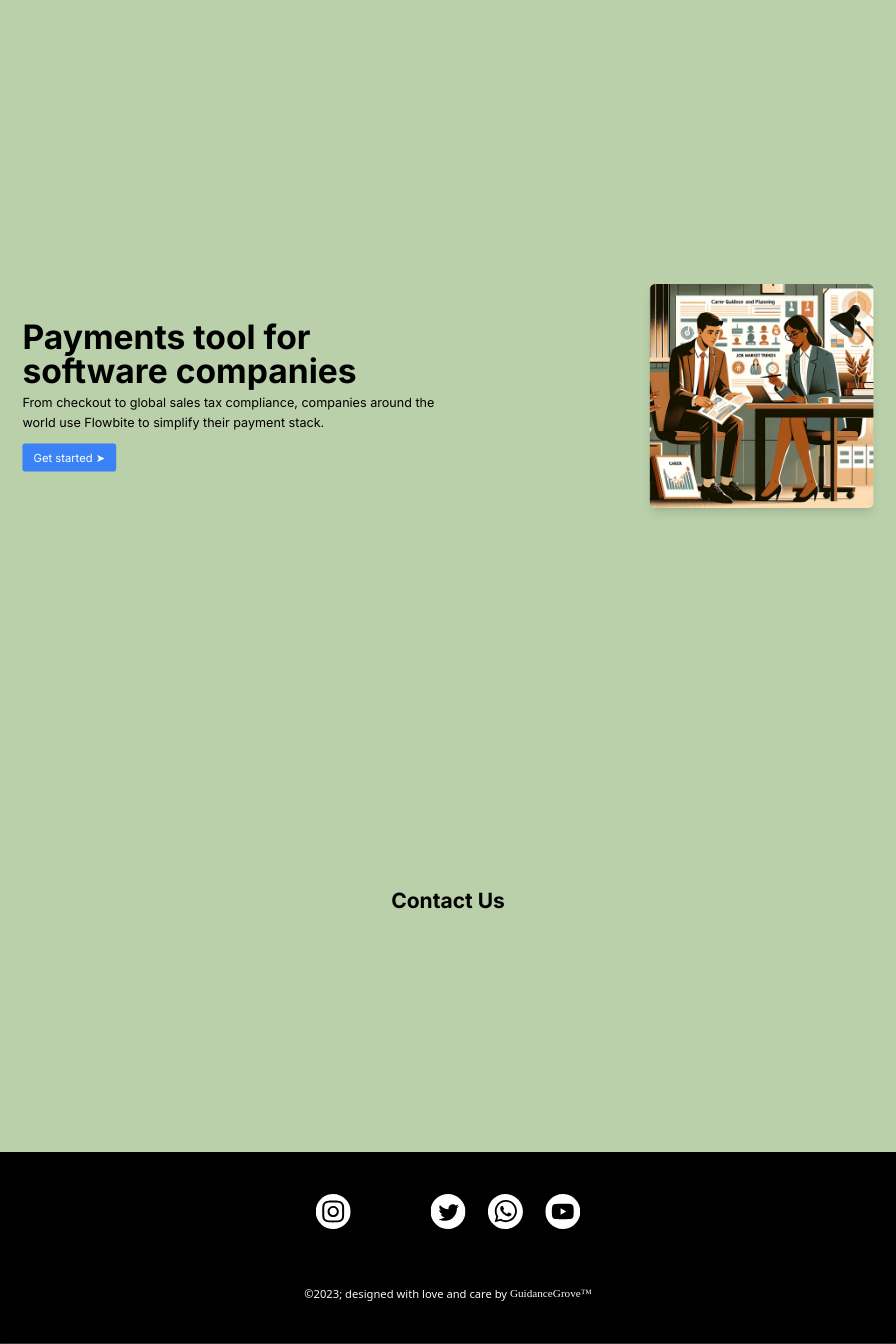
Repository: PositiveGuy/GuidanceGrove
Page: /
An editor plug-in stored every save of this project. The page is shown before and after the next save, followed by the edit.
The browser window is 1280 px wide. The pictures show the part of the page from y = 1954 to 3874 px (the page is 3874 px tall), at 70% of full size.
The project was rebuilt for these pictures with package versions that can differ from the ones it lists, and the page was loaded fresh each time. The framework's server and built-in components were replaced by stand-ins that run in the browser. Also part of the build but not shown: next.config.js.

Above is the page before, as saved 2023-12-28 11:40:45.

After the next save:
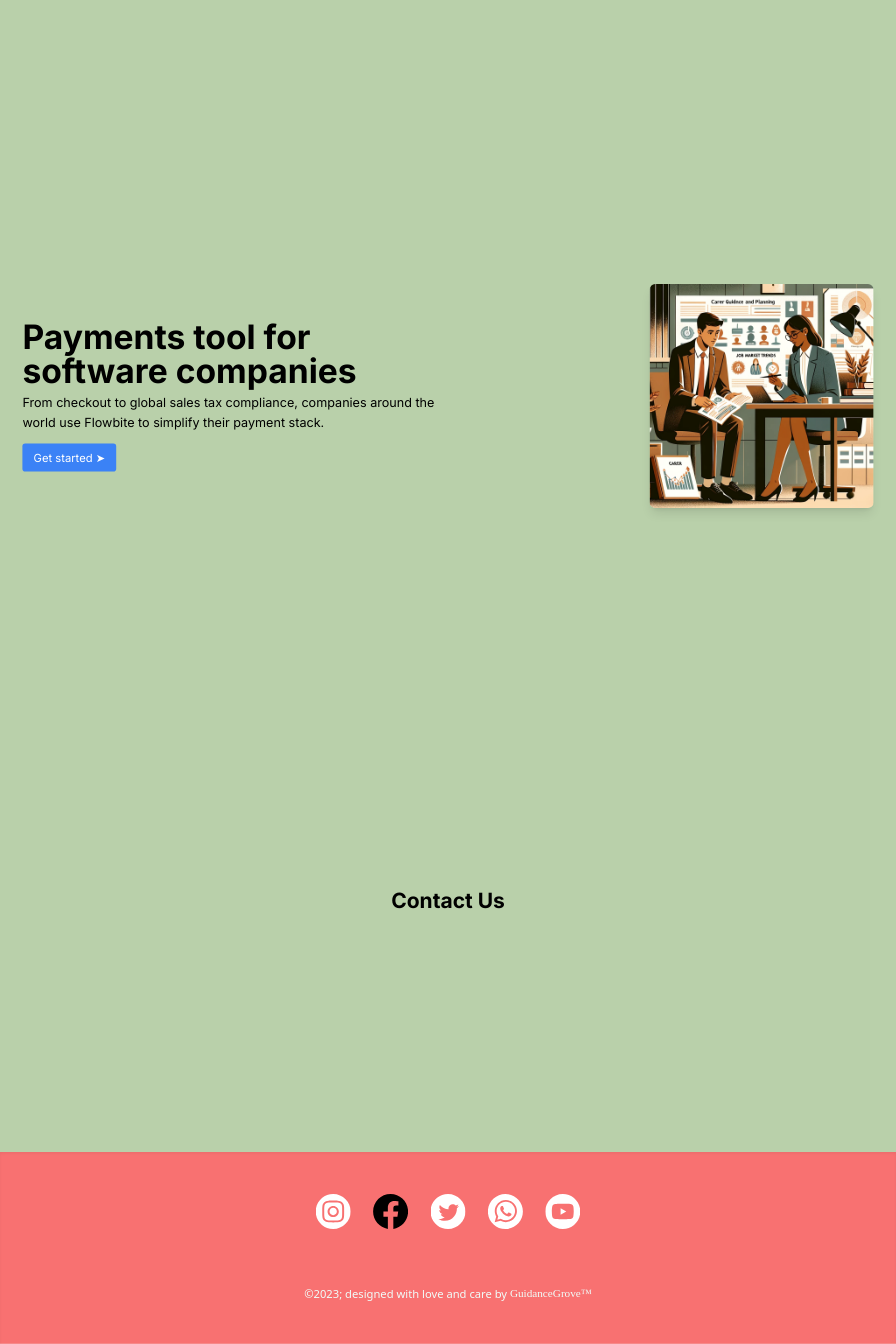
Saved 2 min 59 s later.
--- a/src/components/footer.tsx
+++ b/src/components/footer.tsx
@@ -6,7 +6,7 @@
 const Footer = () => {
   const { theme } = useContext(ThemeContext)
   return (
-    <footer className={`p-5 bg-black shadow-inner text-center ${theme === "light" ? "text-slate-400" : "text-white"}`}>
+    <footer className={`p-5 bg-black shadow-inner text-center ${theme === "light" ? "bg-red-400" : "bg-amber-300"}`}>
       <div className="flex justify-center space-x-8 mt-10 ">
         {/* Placeholder for social icons */}
         <Image src={"/SVGs/ig.svg"} width={50} height={50} alt="ig"></Image>

After the 3 saves that followed:
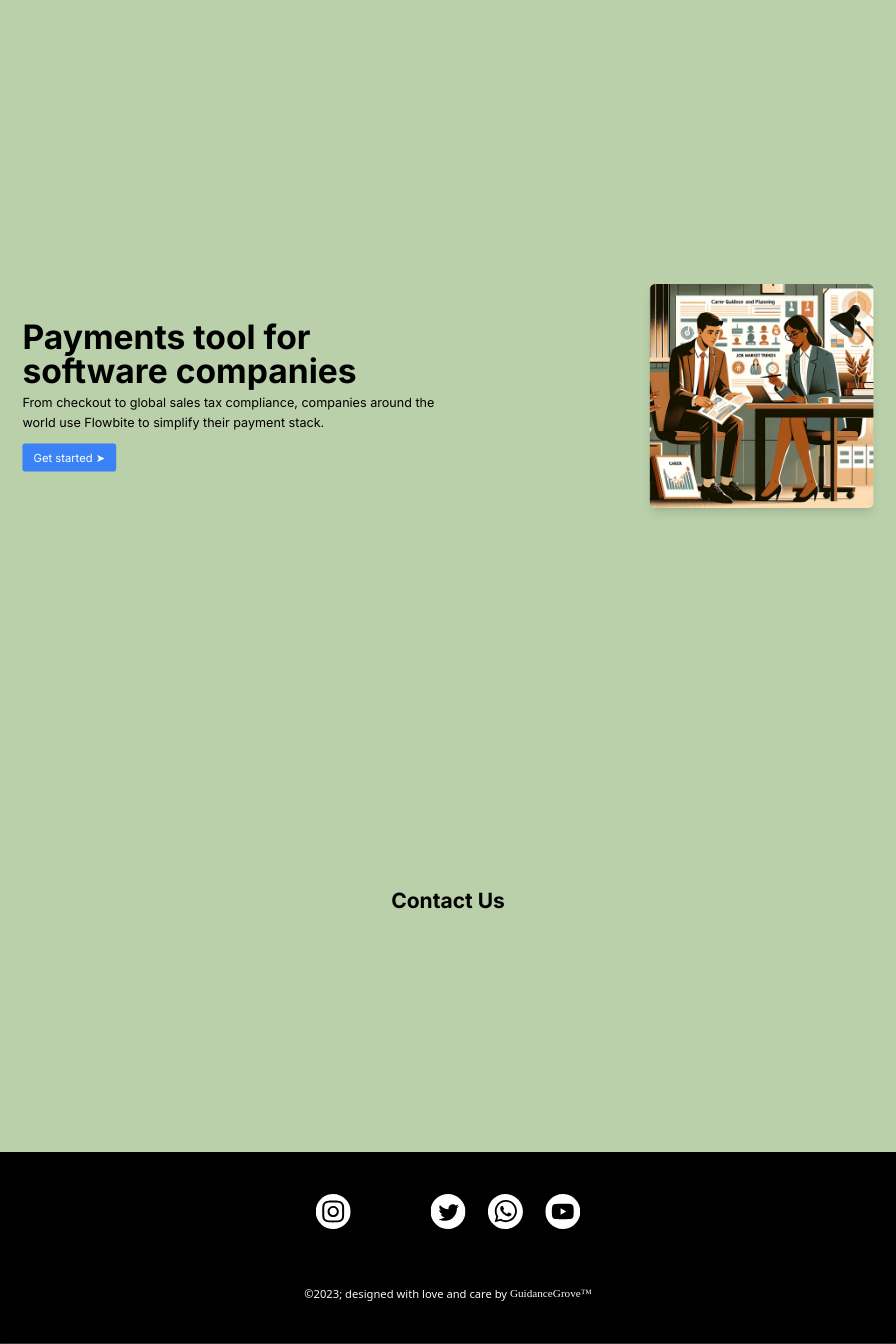
The 3 saves are shown as one change because 2 left the picture as it was.
The last was saved 85 s later.
--- a/src/components/footer.tsx
+++ b/src/components/footer.tsx
@@ -6,7 +6,7 @@
 const Footer = () => {
   const { theme } = useContext(ThemeContext)
   return (
-    <footer className={`p-5 bg-black shadow-inner text-center ${theme === "light" ? "bg-red-400" : "bg-amber-300"}`}>
+    <footer className={`p-5 bg-black shadow-inner text-center  `}>
       <div className="flex justify-center space-x-8 mt-10 ">
         {/* Placeholder for social icons */}
         <Image src={"/SVGs/ig.svg"} width={50} height={50} alt="ig"></Image>
